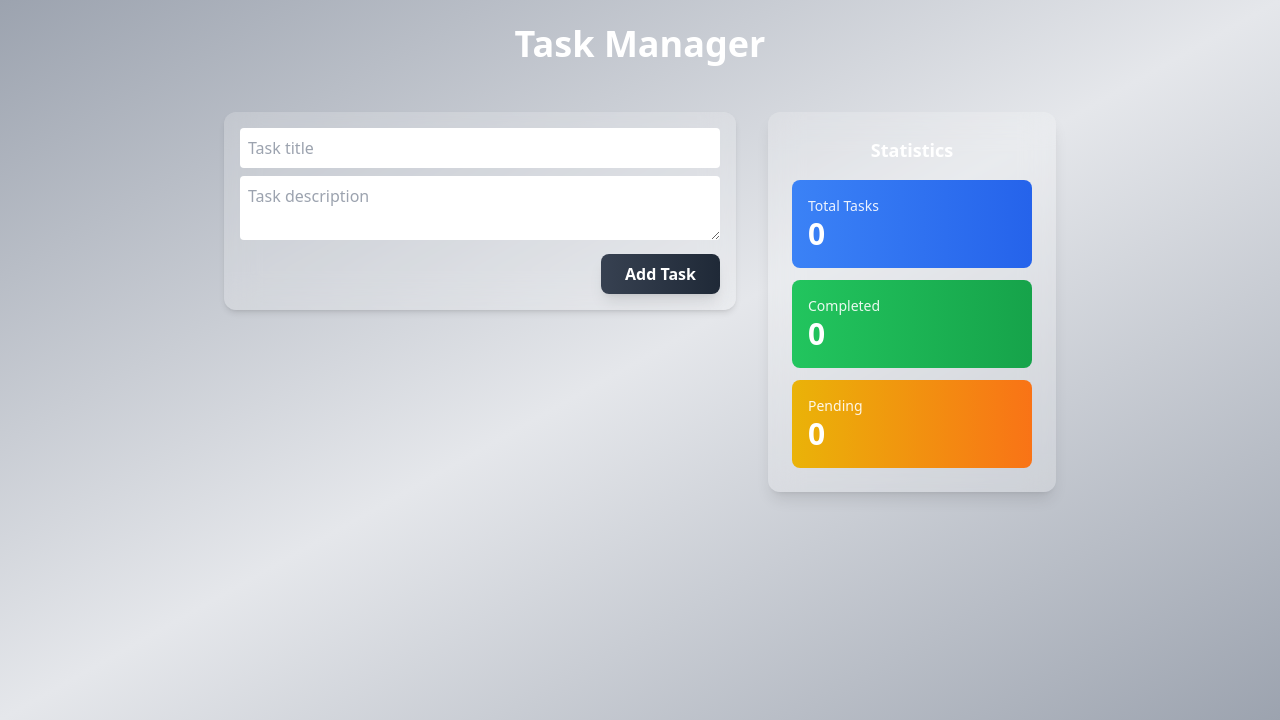
Repository: Meenakshi-commits/mern-task-manager
Page: / (app in client/)
These files come from the project's save history. The page is drawn as it stood at one moment and after the next save; the edit follows.
The browser window is 1280 px wide. The pictures show the whole page.
The page's requests for data from a server got no answer. The project was rebuilt for these pictures with package versions that can differ from the ones it lists, and the page was loaded fresh each time. No one was signed in, and anything a server would have sent is missing. Also part of the build but not shown: client/vite.config.js, client/src/components/TaskItem.jsx.

Above is the page before, as saved 2026-01-09 17:42:00.

After the next save:
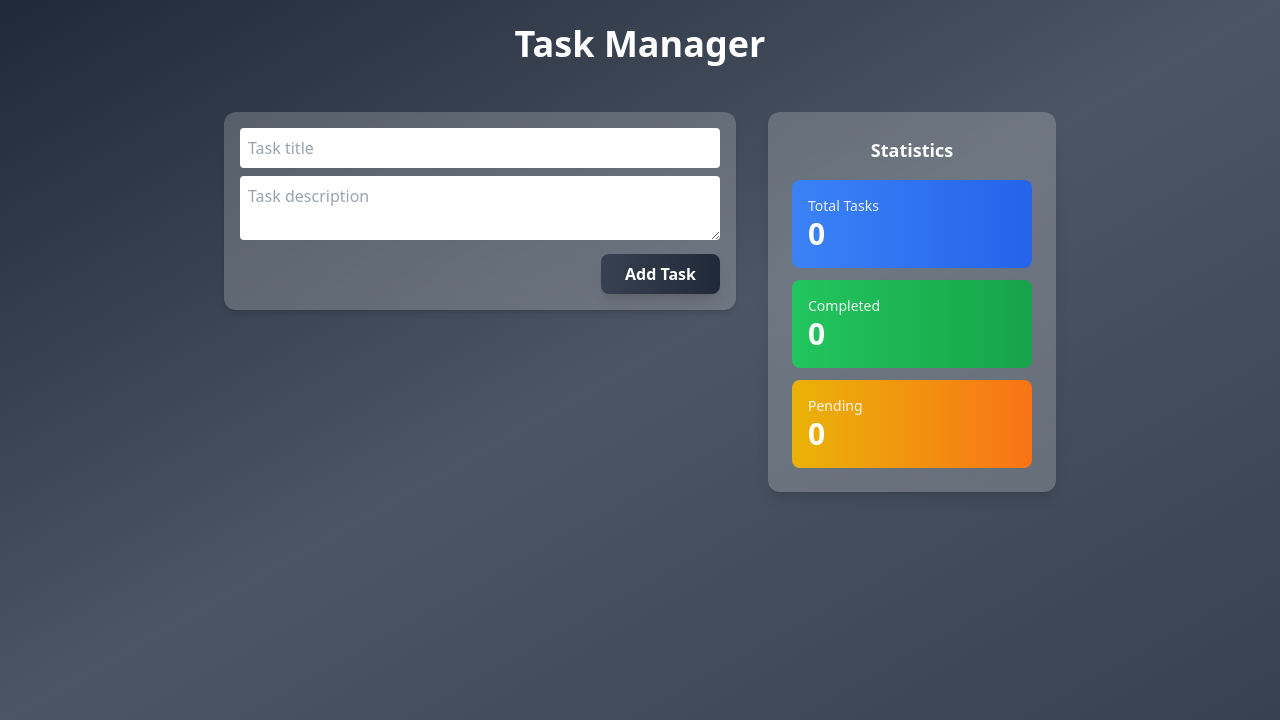
Saved 29 s later.
--- a/client/src/App.jsx
+++ b/client/src/App.jsx
@@ -19,7 +19,7 @@ export default function App() {
   const pending = tasks.length - completed;
 
   return (
-    <div className="min-h-screen bg-gradient-to-br from-gray-400 via-gray-200 to-gray-400 p-6">
+    <div className="min-h-screen bg-gradient-to-br from-gray-800 via-gray-600 to-gray-700 p-6">
       <h1 className="text-4xl font-bold text-center mb-12 text-white">
         Task Manager
       </h1>
